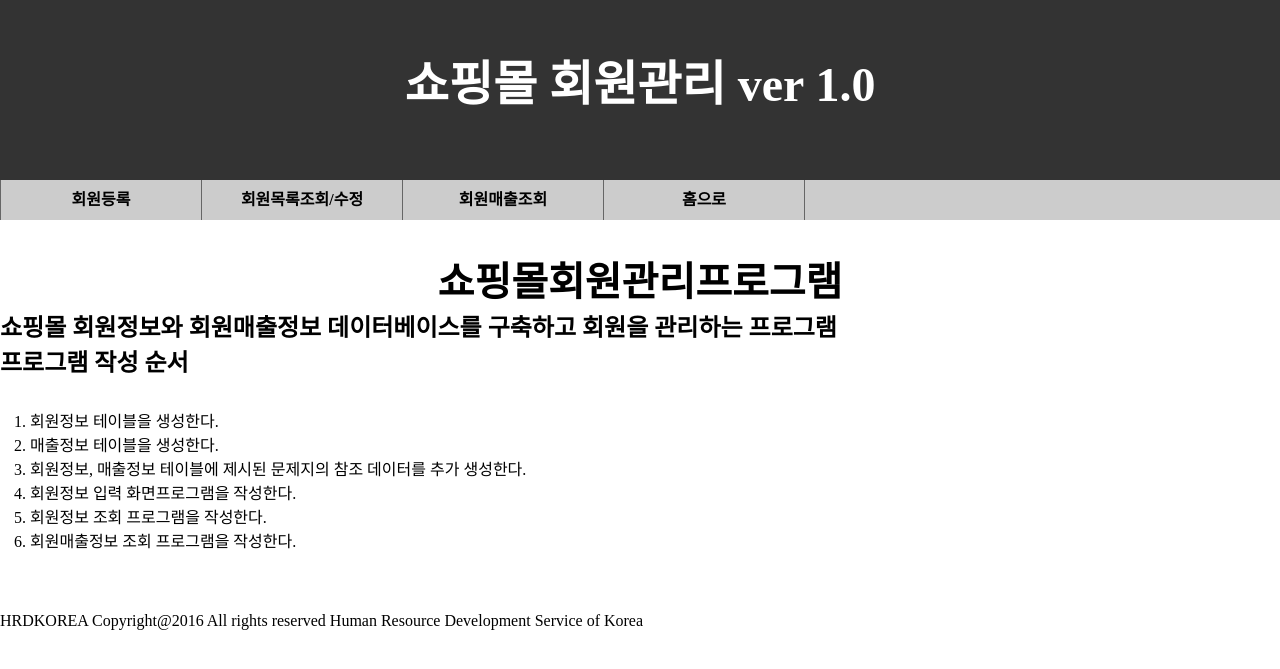
Repository: jsky1234/NCS
Page: http://localhost/HRD_1/admin.jsp
These files come from the project's save history. The page is drawn as it stood at one moment and after the next save; the edit follows.
The browser window is 1280 px wide. The pictures show the whole page.
The page is served by Tomcat 9.

Above is the page before, as saved 2020-11-09 02:34:42.

After the next save:
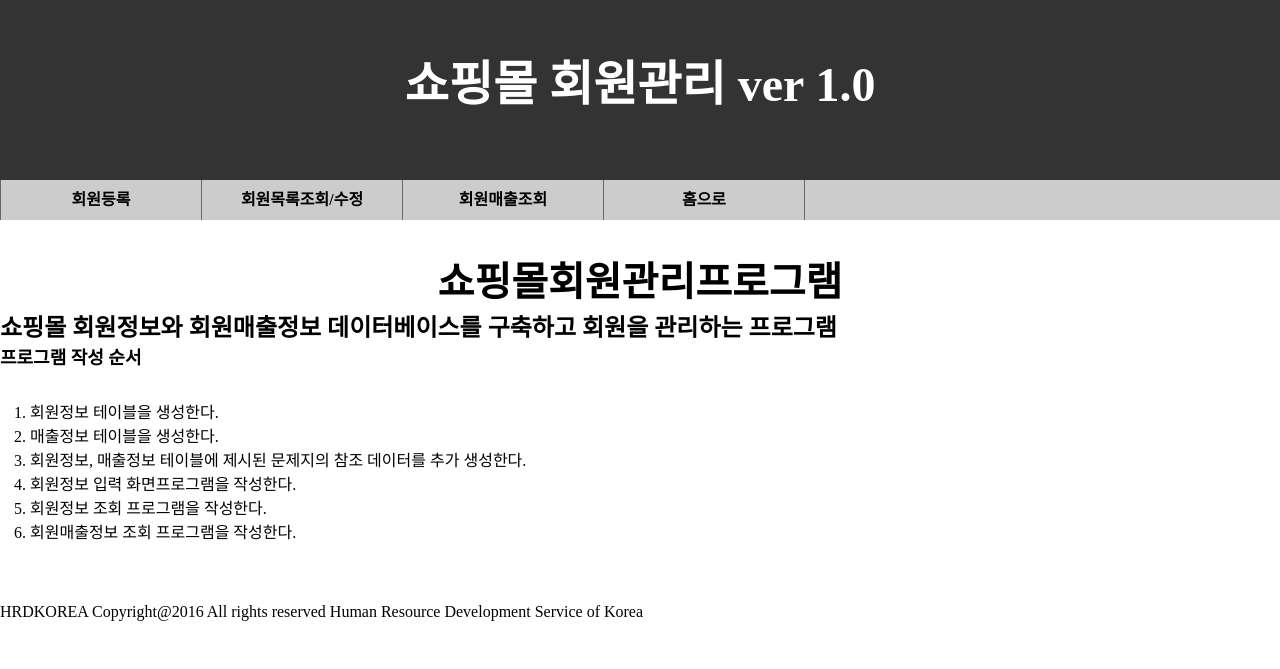
Saved 31 s later.
--- a/ncs1/HRD_1/WebContent/admin.jsp
+++ b/ncs1/HRD_1/WebContent/admin.jsp
@@ -23,7 +23,8 @@ ol { padding: 30px; }
 
 .page { clear: both; padding: 30px 0 30px 0; }
 .page_tit { text-align: center; font-size: 40px; }
-.item_tit { font-size: 24px; }
+.item_tit1 { font-size: 24px; }
+.item_tit2 { font-size: 18px; }
 </style>
 </head>
 <body>
@@ -42,8 +43,8 @@ ol { padding: 30px; }
 	<section class="page" id="page1">
 		<h2 class="page_tit">쇼핑몰회원관리프로그램</h2>
 		<div class="main_help">
-			<h3 class="item_tit">쇼핑몰 회원정보와 회원매출정보 데이터베이스를 구축하고 회원을 관리하는 프로그램</h3>
-			<h3 class="item_tit">프로그램 작성 순서</h3>
+			<h3 class="item_tit1">쇼핑몰 회원정보와 회원매출정보 데이터베이스를 구축하고 회원을 관리하는 프로그램</h3>
+			<h3 class="item_tit2">프로그램 작성 순서</h3>
 			<ol>
 				<li>회원정보 테이블을 생성한다.</li>
 				<li>매출정보 테이블을 생성한다.</li>
